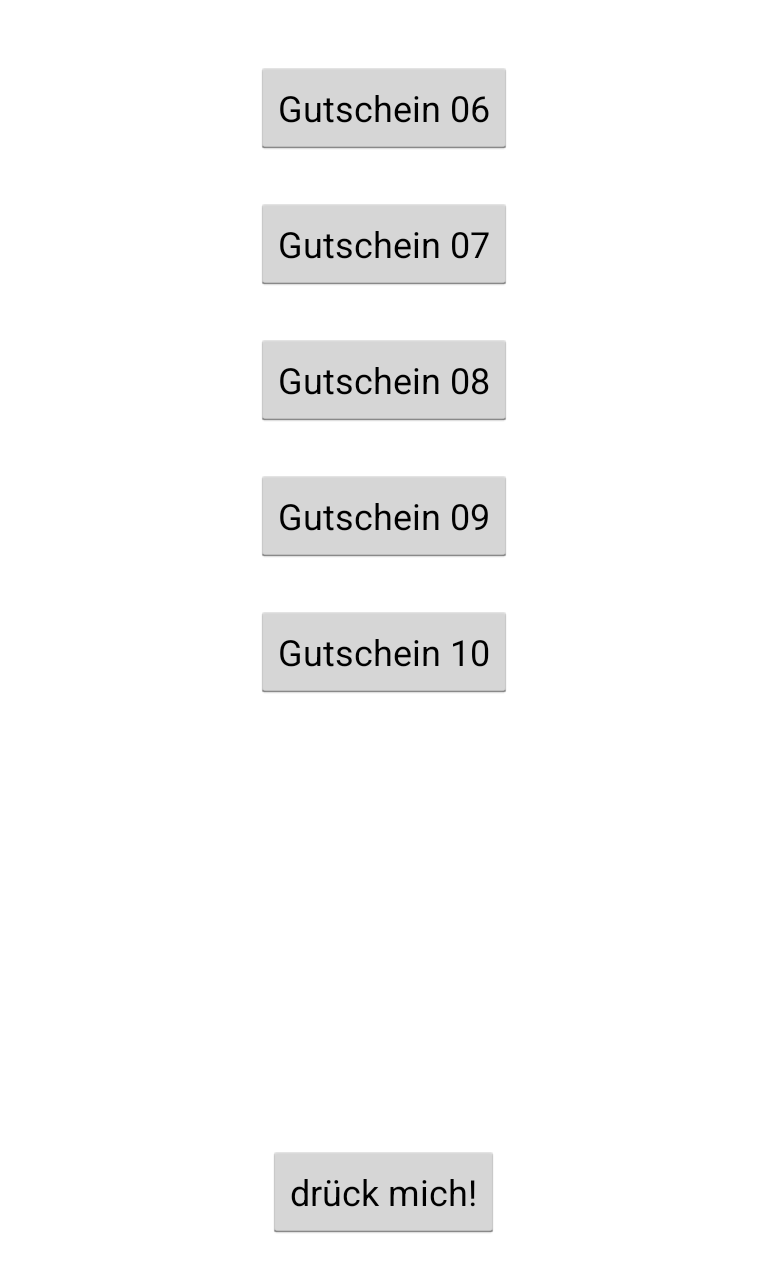
Repository: flashback2k12/ChristmasPresent
Layout: ChristmasPresent/res/layout/activity_checkbox2.xml
These files come from the project's save history. The layout is drawn as it stood at one moment and after the next save; the edit follows.
It is drawn on a 768 x 1280 px phone screen (xhdpi) without system bars, with theme AppTheme; the app's code is not run.

Above is the layout before, as saved 2012-12-19 19:24:25.

### ChristmasPresent/res/layout/activity_checkbox2.xml
<?xml version="1.0" encoding="utf-8"?>
<RelativeLayout xmlns:android="http://schemas.android.com/apk/res/android"
    android:layout_width="match_parent"
    android:layout_height="match_parent" >

    <Button
        android:id="@+id/button6"
        android:layout_width="wrap_content"
        android:layout_height="wrap_content"
        android:layout_alignParentTop="true"
        android:layout_centerHorizontal="true"
        android:layout_marginLeft="50dp"
        android:layout_marginRight="50dp"
        android:layout_marginTop="30dp"
        android:onClick="SixCoupon"
        android:text="@string/checkbox6" />

    <Button
        android:id="@+id/Button08"
        android:layout_width="wrap_content"
        android:layout_height="wrap_content"
        android:layout_alignLeft="@+id/Button07"
        android:layout_below="@+id/Button07"
        android:layout_marginTop="20dp"
        android:onClick="EightCoupon"
        android:text="@string/checkbox8" />

    <Button
        android:id="@+id/Button09"
        android:layout_width="wrap_content"
        android:layout_height="wrap_content"
        android:layout_alignLeft="@+id/Button08"
        android:layout_below="@+id/Button08"
        android:layout_marginTop="20dp"
        android:onClick="NineCoupon"
        android:text="@string/checkbox9" />

    <Button
        android:id="@+id/Button07"
        android:layout_width="wrap_content"
        android:layout_height="wrap_content"
        android:layout_alignLeft="@+id/button6"
        android:layout_below="@+id/button6"
        android:layout_marginTop="20dp"
        android:onClick="SevenCoupon"
        android:text="@string/checkbox7" />

    <Button
        android:id="@+id/Button10"
        android:layout_width="wrap_content"
        android:layout_height="wrap_content"
        android:layout_alignLeft="@+id/Button09"
        android:layout_below="@+id/Button09"
        android:layout_marginTop="20dp"
        android:onClick="TenCoupon"
        android:text="@string/checkbox10" />

    <Button
        android:id="@+id/button1CBX2"
        android:layout_width="wrap_content"
        android:layout_height="wrap_content"
        android:layout_alignParentBottom="true"
        android:layout_centerHorizontal="true"
        android:layout_marginBottom="20dp"
        android:text="@string/button_standard"
        android:onClick="BtnZusatz"/>

</RelativeLayout>

### ChristmasPresent/res/values-v11/styles.xml
<resources>

	<style  name="AppTheme" parent="android:Theme.Holo.Light" />

</resources>

### ChristmasPresent/res/values/styles.xml
<resources xmlns:android="http://schemas.android.com/apk/res/android">

    <style name="AppTheme" parent="android:Theme.Light" />

    <style name="WidgetBackground_4_1">
        <item name="android:background">@drawable/widget_4_1</item>
    </style>

	<style name="WidgetTitle">
        <item name="android:textSize">10sp</item>
        <item name="android:textStyle">bold</item>
        <item name="android:textColor">@android:color/white</item>
    </style>

    <style name="WidgetText">
        <item name="android:textSize">10sp</item>
        <item name="android:textColor">@android:color/white</item>
    </style>

    <style name="WidgetBackground2_4_1">
        <item name="android:background">@drawable/widget2_4_1</item>
    </style>

	<style name="Widget2Title">
        <item name="android:textSize">10sp</item>
        <item name="android:textStyle">bold</item>
        <item name="android:textColor">@android:color/white</item>
    </style>

    <style name="Widget2Text">
        <item name="android:textSize">10sp</item>
        <item name="android:textColor">@android:color/white</item>
    </style>


</resources>

### ChristmasPresent/res/values/strings.xml
<?xml version="1.0" encoding="utf-8"?>
<resources>

    <string name="app_name">Weihnachtsgeschenk</string>
    <string name="title_activity_main">Weihnachtsgeschenk</string><string name="hello_schatz_z1">Ich wünsche dir alles liebe zum Weihnachtsfest mein Schatz. :-* </string>
    <string name="hello_schatz_z2">Ich hoffe, dass dir die nächsten Punkte gefallen werden!!! :-)</string>
    <string name="button_standard">drück mich!</string>
    <string name="fuelltext">Spannung...</string>
    <string name="checkbox1">Gutschein 01</string>
    <string name="checkbox2">Gutschein 02</string>
    <string name="checkbox3">Gutschein 03</string>
    <string name="checkbox4">Gutschein 04</string>
    <string name="checkbox5">Gutschein 05</string>
    <string name="checkbox6">Gutschein 06</string><string name="checkbox7">Gutschein 07</string><string name="checkbox8">Gutschein 08</string><string name="checkbox9">Gutschein 09</string><string name="checkbox10">Gutschein 10</string><string name="gutschein1">Ein Gutschein für einen Kinobesuch deiner Wahl!</string>
    <string name="gutschein2">Ein Gutschein zum Essen gehen deiner Wahl!</string>
    <string name="gutschein3">Ein Gutschein für eine Massage deiner Wahl!</string>
    <string name="gutschein4">Ein Gutschein für ein Candlelight Dinner!</string>
    <string name="gutschein5">Ein Gutschein für 4 Knutsch-Fotos im Passbildautomat (Ecke Löffelfamilie)!</string>
    <string name="gutschein6">Ein Gutschein für einen DVD Marathon deiner Wahl mit Leckereien! </string>
    <string name="gutschein7">Ein Gutschein für die Erfüllung eines Wunsches von dir!</string>
    <string name="gutschein8">Ein Gutschein für ein Picknick!</string>
    <string name="gutschein9">Ein Gutschein deiner Wahl wiederholen!</string>
    <string name="christmas">Frohe Weihnachten mein Schatz!</string>
    <string name="i_love_you">Ich liebe Dich!</string>
    <string name="app_widget_4_1_christmas">Frohe Weihnachten</string>
    <string name="i_love_you_2">Ich liebe Dich mein Schatz! :-***</string>
    <string name="miss_you">Du fehlst mir jeden Tag an dem wir uns nicht sehen!</string>
    <string name="app_widget_4_1_allYear">Kussi</string>
    <string name="expanded_one">Hat es dir gefallen mein Schatz?</string>
    <string name="button_answer">denk denk denk</string>

</resources>

Loaded but not shown: ChristmasPresent/res/values-v14/styles.xml (common file)

After the next save:
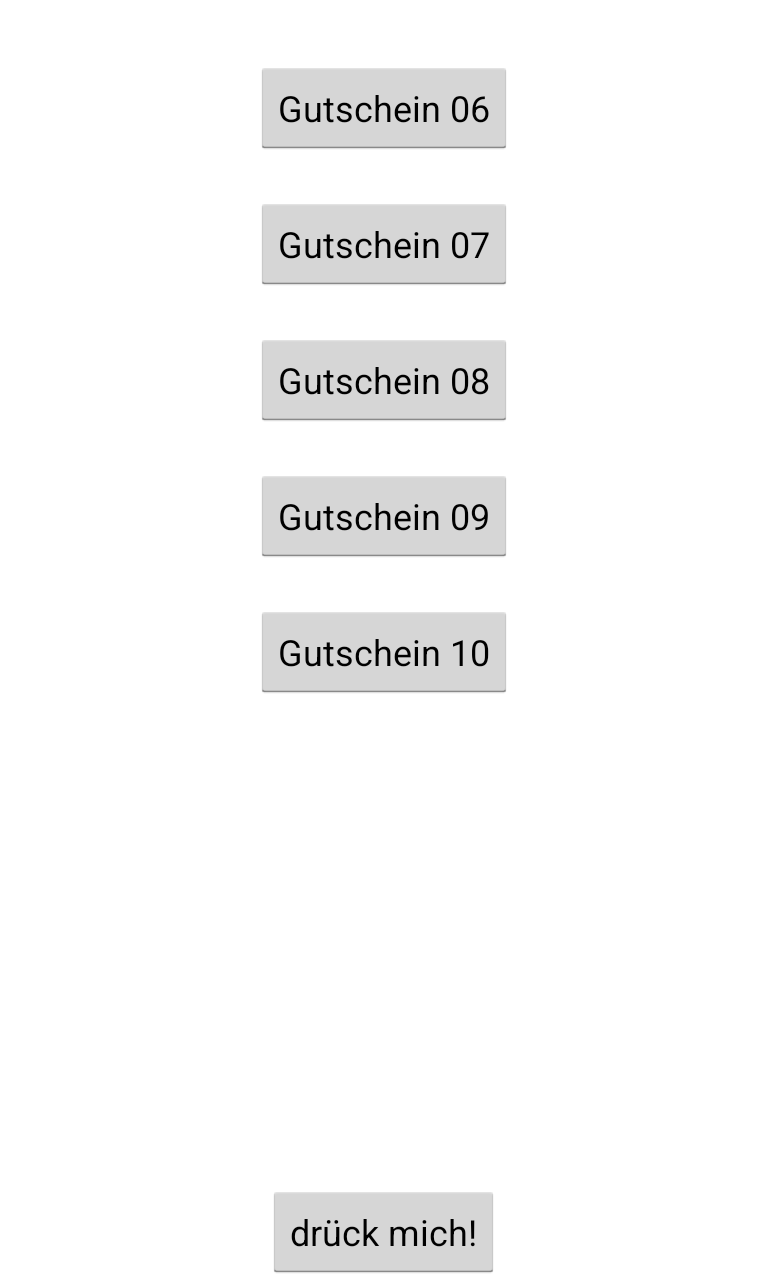
Saved 3 min 32 s later.
--- a/ChristmasPresent/res/layout/activity_checkbox2.xml
+++ b/ChristmasPresent/res/layout/activity_checkbox2.xml
@@ -61,8 +61,8 @@
         android:layout_height="wrap_content"
         android:layout_alignParentBottom="true"
         android:layout_centerHorizontal="true"
-        android:layout_marginBottom="20dp"
-        android:text="@string/button_standard"
-        android:onClick="BtnZusatz"/>
+        android:layout_marginTop="20dp"
+        android:onClick="BtnZusatz"
+        android:text="@string/button_standard" />
 
 </RelativeLayout>
